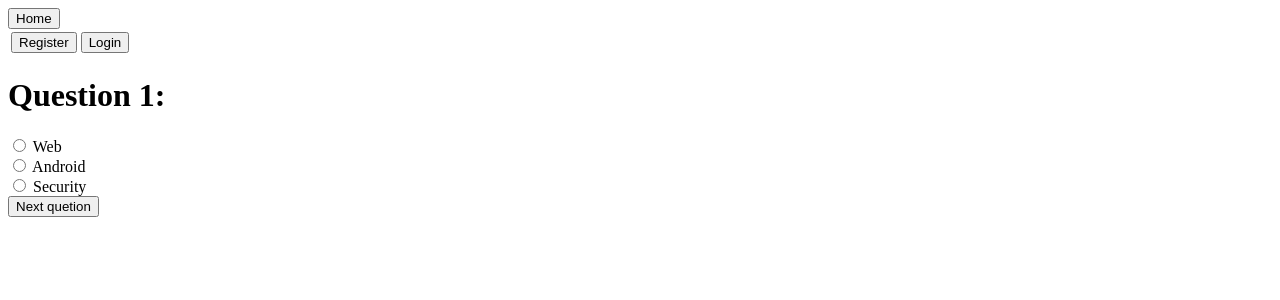
Repository: 1412554/EduSolution
Page: http://localhost/EduSolution/q1
The author's editor kept a copy of each file at every save. The page is drawn from the files as they stood at one save, then again after the next save.
The browser window is 1280 px wide. The pictures show the whole page.
The page is served by Tomcat 9. Other server files are loaded and not shown. Queries for data that is not in the repository find no rows.

Above is the page before, as saved 2017-05-28 08:35:38.

### Eclipse workspace/EduSolution/WebContent/WEB-INF/views/q1.jsp
<%@ page language="java" contentType="text/html; charset=UTF-8"
    pageEncoding="UTF-8"%>
<!DOCTYPE html>
<html>
  	<head>
     	<title>Question 1</title>
  	</head>

  	<body>
  	<jsp:include page="account.jsp"></jsp:include>

  	<h1>Question 1:</h1>
  	<form method="POST" action="question2">
  		<input type="radio" name="ans1" value="web"> Web<br>
  		<input type="radio" name="ans1" value="android"> Android<br>
  		<input type="radio" name="ans1" value="security"> Security<br>
  		<input type="submit" value= "Next quetion" />
	</form>

  	</body>
</html>

### Eclipse workspace/EduSolution/WebContent/WEB-INF/views/account.jsp
<%@ taglib prefix="c" uri="http://java.sun.com/jsp/jstl/core"%>
<%@ page language="java" contentType="text/html; charset=UTF-8"
    pageEncoding="UTF-8"%>
<html>
<head>
</head>
<body>
	<form action="${pageContext.request.contextPath}/">
	    <input type="submit" value="Home" />
	</form>
	<c:choose>
		<c:when test="${loginedUser == null}">
		<table border="0">
		<tr>
			<td>
			<form action="${pageContext.request.contextPath}/register">
			    <input type="submit" value="Register" />
			</form>
			</td>
			<td>
			<form action="${pageContext.request.contextPath}/login">
			    <input type="submit" value="Login" />
			</form>
			</td>
		</tr>
		</table>
		</c:when>

		<c:otherwise>
		<table border="0">
		<tr>
			<td>
			<a href="${pageContext.request.contextPath}/userInfo">${loginedUser.userName}</a>
			</td>
			<td>
			<form action="${pageContext.request.contextPath}/logout">
				<input type="submit" value="Log out" />
			</form>
			</td>
		</tr>
		</table>
		</c:otherwise>
	</c:choose>
</body>
</html>

### Eclipse workspace/EduSolution/src/edusolution/servlet/Q1Servlet.java
package edusolution.servlet;

import java.io.IOException;

import javax.servlet.RequestDispatcher;
import javax.servlet.ServletException;
import javax.servlet.annotation.WebServlet;
import javax.servlet.http.HttpServlet;
import javax.servlet.http.HttpServletRequest;
import javax.servlet.http.HttpServletResponse;

@WebServlet(urlPatterns = { "/q1"})
public class Q1Servlet extends HttpServlet {
  private static final long serialVersionUID = 1L;

  public Q1Servlet() {
      super();
  }

  @Override
  protected void doGet(HttpServletRequest request, HttpServletResponse response)
          throws ServletException, IOException {

      RequestDispatcher dispatcher = this.getServletContext().getRequestDispatcher("/WEB-INF/views/q1.jsp");

      dispatcher.forward(request, response);

  }

  @Override
  protected void doPost(HttpServletRequest request, HttpServletResponse response)
          throws ServletException, IOException {
      doGet(request, response);
  }

}

### Eclipse workspace/EduSolution/src/edusolution/conn/ConnectionUtils.java
package edusolution.conn;

import java.sql.Connection;
import java.sql.SQLException;

public class ConnectionUtils {

   public static Connection getConnection()
             throws ClassNotFoundException, SQLException {

        return MySQLConnUtils.getMySQLConnection();
   }

   public static void closeQuietly(Connection conn) {
       try {
           conn.close();
       } catch (Exception e) {
       }
   }

   public static void rollbackQuietly(Connection conn) {
       try {
           conn.rollback();
       } catch (Exception e) {
       }
   }
}

### Eclipse workspace/EduSolution/src/edusolution/conn/MySQLConnUtils.java
package edusolution.conn;

import java.sql.Connection;
import java.sql.DriverManager;
import java.sql.SQLException;

public class MySQLConnUtils {

public static Connection getMySQLConnection()
        throws ClassNotFoundException, SQLException {

    // Chú ý: Thay đổi các thông số kết nối cho phù hợp.
    String hostName = "localhost";
    String dbName = "edusolution";
    String userName = "root";
    String password = "";
    return getMySQLConnection(hostName, dbName, userName, password);
}

public static Connection getMySQLConnection(String hostName, String dbName,
        String userName, String password) throws SQLException,
        ClassNotFoundException {
    // Khai báo class Driver cho DB MySQL
    // Việc này cần thiết với Java 5
    // Java6 trở lên tự động tìm kiếm Driver thích hợp.
    // Nếu bạn dùng Java > 5, thì ko cần dòng này cũng được.
    Class.forName("com.mysql.jdbc.Driver");

    // Cấu trúc URL Connection dành cho MySQL
    // Ví dụ: jdbc:mysql://localhost:3306/simplehr
    String connectionURL = "jdbc:mysql://" + hostName + ":3306/" + dbName;

    Connection conn = DriverManager.getConnection(connectionURL, userName,
            password);
    return conn;
}
}

### Eclipse workspace/EduSolution/src/edusolution/utils/MyUtils.java
package edusolution.utils;

import java.sql.Connection;



import javax.servlet.ServletRequest;
import javax.servlet.http.Cookie;
import javax.servlet.http.HttpServletRequest;
import javax.servlet.http.HttpServletResponse;
import javax.servlet.http.HttpSession;



import edusolution.beans.UserAccount;

public class MyUtils {

   public static final String ATT_NAME_CONNECTION = "ATTRIBUTE_FOR_CONNECTION";

   private static final String ATT_NAME_USER_NAME = "ATTRIBUTE_FOR_STORE_USER_NAME_IN_COOKIE";

   // Lưu trữ Connection vào một thuộc tính của request.
   // Thông tin lưu trữ chỉ tồn tại trong thời gian yêu cầu (request)
   // cho tới khi dữ liệu được trả về trình duyệt người dùng.
   public static void storeConnection(ServletRequest request, Connection conn) {
       request.setAttribute(ATT_NAME_CONNECTION, conn);
   }

   // Lấy đối tượng Connection đã được lưu trữ trong 1 thuộc tính của request.
   public static Connection getStoredConnection(ServletRequest request) {
       Connection conn = (Connection) request.getAttribute(ATT_NAME_CONNECTION);
       return conn;
   }

   // Lưu trữ thông tin người dùng đã login vào Session
   public static void storeLoginedUser(HttpSession session, UserAccount loginedUser) {
       // Trên JSP có thể truy cập ${loginedUser}
       session.setAttribute("loginedUser", loginedUser);
   }

   // Lấy thông tin người dùng đã login trong session.
   public static UserAccount getLoginedUser(HttpSession session) {
       UserAccount loginedUser = (UserAccount) session.getAttribute("loginedUser");
       return loginedUser;
   }

   // Lưu thông tin người dùng vào Cookie.
   public static void storeUserCookie(HttpServletResponse response, UserAccount user) {
       System.out.println("Store user cookie");
       Cookie cookieUserName = new Cookie(ATT_NAME_USER_NAME, user.getUserName());
       // 1 ngày (Đã đổi ra giây)
       cookieUserName.setMaxAge(24 * 60 * 60);
       response.addCookie(cookieUserName);
   }

   public static String getUserNameInCookie(HttpServletRequest request) {
       Cookie[] cookies = request.getCookies();
       if (cookies != null) {
           for (Cookie cookie : cookies) {
               if (ATT_NAME_USER_NAME.equals(cookie.getName())) {
                   return cookie.getValue();
               }
           }
       }
       return null;
   }

   // Xóa Cookie của người dùng
   public static void deleteUserCookie(HttpServletResponse response) {
       Cookie cookieUserName = new Cookie(ATT_NAME_USER_NAME, null);
       // 0 giây. (Hết hạn ngay lập tức)
       cookieUserName.setMaxAge(0);
       response.addCookie(cookieUserName);
   }

}

### Eclipse workspace/EduSolution/src/edusolution/utils/DBUtils.java
package edusolution.utils;

import java.sql.Connection;
import java.sql.Date;
import java.sql.PreparedStatement;
import java.sql.ResultSet;
import java.sql.SQLException;
import java.sql.Timestamp;
import java.util.ArrayList;
import java.util.Collection;
import java.util.List;












import javax.servlet.jsp.jstl.sql.Result;

import edusolution.beans.UserAccount;

public class DBUtils {

	// Find user to login
	public static UserAccount findUser(Connection conn, String userName, String password) throws SQLException {
	    String sql = "select a.user_name, a.password, a.logical_thinking, a.detailed_thinking, a.speed_of_learning, a.communication "
	    				+ "from user_account a "
	    				+ " where a.user_name = ? and a.password= ?";

	    PreparedStatement pstm = conn.prepareStatement(sql);
	    pstm.setString(1, userName);
	    pstm.setString(2, password);
	    ResultSet rs = pstm.executeQuery();

	    while (rs.next()) {
	        int	logicalThinking		=	rs.getInt("logical_thinking");
	        int	detailedThinking	=	rs.getInt("detailed_thinking");
	        int	speedOfLearning		=	rs.getInt("speed_of_learning");
	        int	communication		=	rs.getInt("communication");
	        UserAccount user = new UserAccount(userName, password, logicalThinking, detailedThinking, speedOfLearning, communication);
	        return user;
	    }
	    return null;
	}


	public static UserAccount findUser(Connection conn, String userName) throws SQLException {
	    String sql = "select a.user_name, a.password, a.logical_thinking, a.detailed_thinking, a.speed_of_learning, a.communication "
	    				+ "from user_account a "
	    				+ " where a.user_name = ?";

	    PreparedStatement pstm = conn.prepareStatement(sql);
	    pstm.setString(1, userName);
	    ResultSet rs = pstm.executeQuery();

	    while (rs.next()) {
	    	String password			=	rs.getString("password");
	        int	logicalThinking		=	rs.getInt("logical_thinking");
	        int	detailedThinking	=	rs.getInt("detailed_thinking");
	        int	speedOfLearning		=	rs.getInt("speed_of_learning");
	        int	communication		=	rs.getInt("communication");
	        UserAccount user = new UserAccount(userName, password, logicalThinking, detailedThinking, speedOfLearning, communication);
	        return user;
	    }
	    return null;
	}

	// Find if userName already existed
	public static UserAccount findUserName(Connection conn, String userName) throws SQLException {

		String sql = "select a.user_name from user_account a where a.user_name = ? ";

		PreparedStatement pstm = conn.prepareStatement(sql);
		pstm.setString(1, userName);

		ResultSet rs = pstm.executeQuery();

		while (rs.next()) {
			UserAccount user = new UserAccount();
			user.setUserName(userName);
			return user;
		}
		return null;
	}

	// Register new user
	public static void insertUser(Connection conn, UserAccount user) throws SQLException {
		String sql = "insert into user_account(user_name, password, logical_thinking, detailed_thinking, speed_of_learning, communication) "
						+ "values (?,?,?,?,?,?)";

		PreparedStatement pstm = conn.prepareStatement(sql);

		pstm.setString(1, user.getUserName());
		pstm.setString(2, user.getPassword());
		pstm.setInt(3, user.getLogicalThinking());
		pstm.setInt(4, user.getDetailedThinking());
		pstm.setInt(5, user.getSpeedOfLearning());
		pstm.setInt(6, user.getCommunication());

		pstm.executeUpdate();
	}


	public static void updatePoint(Connection conn, String userName, int updatePoint) throws SQLException{
		String sql0 = "select a.point from User_account a where a.user_name=?";

		PreparedStatement pstm = conn.prepareStatement(sql0);
		pstm.setString(1, userName);
		ResultSet rs = pstm.executeQuery();
		int point = 0;
		while (rs.next()) {
			point = rs.getInt("point");
		}

		String sql = "update User_Account set point=? where user_name=?";

		pstm = conn.prepareStatement(sql);

		pstm.setInt(1, point + updatePoint);
		pstm.setString(2, userName);

		pstm.executeUpdate();
	}
}

After the next save:
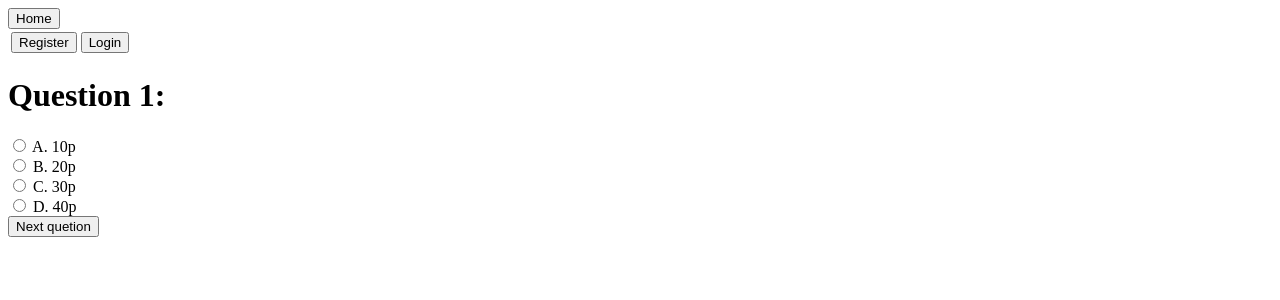
Saved 4 min 53 s later.
--- a/Eclipse workspace/EduSolution/WebContent/WEB-INF/views/q1.jsp
+++ b/Eclipse workspace/EduSolution/WebContent/WEB-INF/views/q1.jsp
@@ -10,10 +10,11 @@
   	<jsp:include page="account.jsp"></jsp:include>
 
   	<h1>Question 1:</h1>
-  	<form method="POST" action="question2">
-  		<input type="radio" name="ans1" value="web"> Web<br>
-  		<input type="radio" name="ans1" value="android"> Android<br>
-  		<input type="radio" name="ans1" value="security"> Security<br>
+  	<form method="POST" action="q2">
+  		<input type="radio" name="a1" value="a"> A. 10p<br>
+  		<input type="radio" name="a1" value="b"> B. 20p<br>
+  		<input type="radio" name="a1" value="c"> C. 30p<br>
+  		<input type="radio" name="a1" value="d"> D. 40p<br>
   		<input type="submit" value= "Next quetion" />
 	</form>
 
